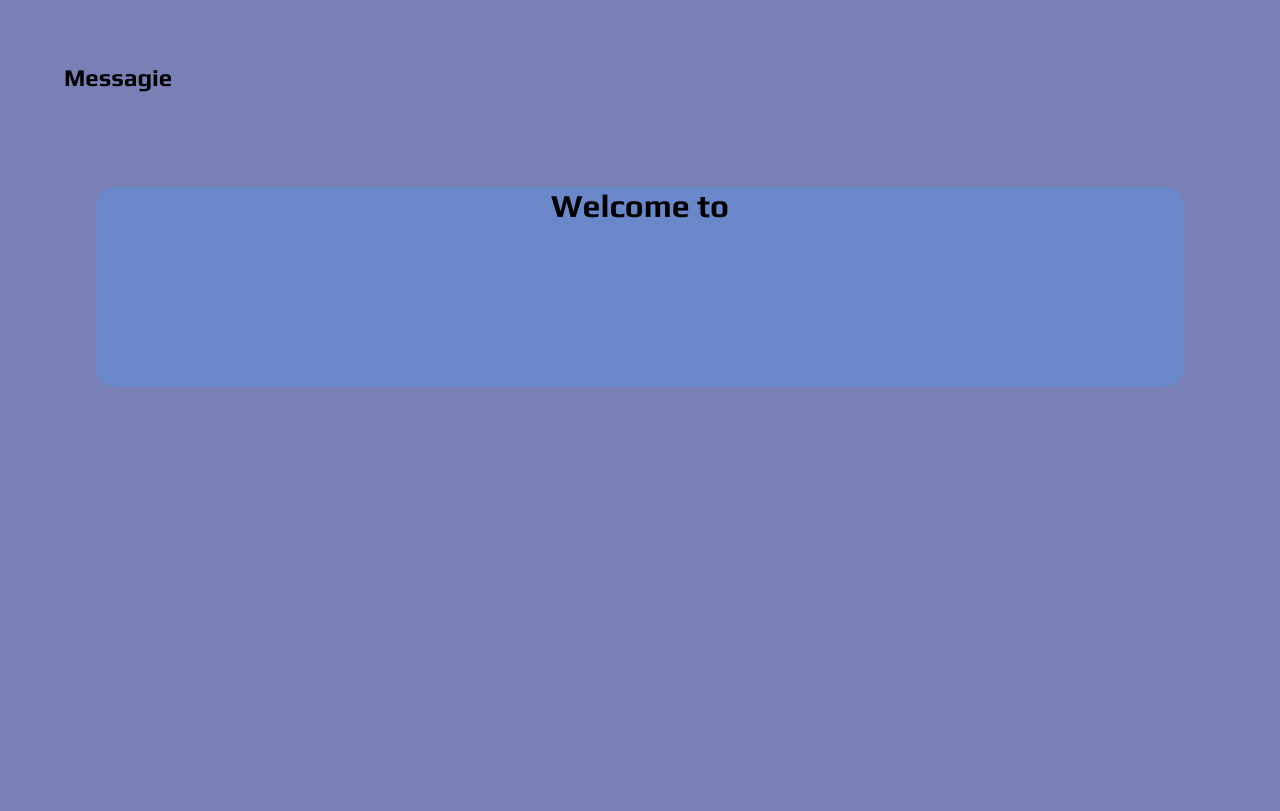
Repository: shaelorch/typeytalkey
Page: /
These files come from the project's save history. The page is drawn as it stood at one moment and after the next save; the edit follows.
The browser window is 1280 px wide. The pictures show the whole page.
The project was rebuilt for these pictures with package versions that can differ from the ones it lists, and the page was loaded fresh each time. The framework's server and built-in components were replaced by stand-ins that run in the browser. Also part of the build but not shown: next.config.js.

Above is the page before, as saved 2023-02-24 14:35:11.

After the next save:
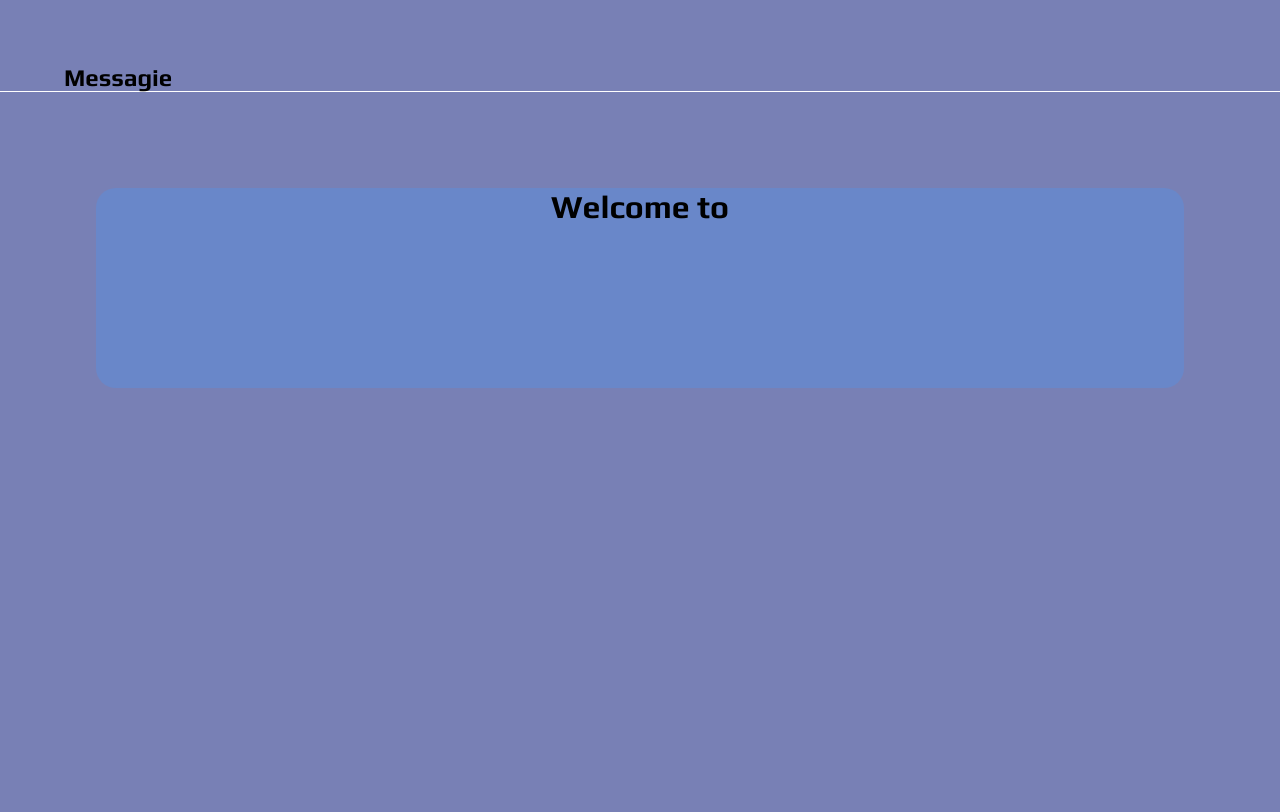
Saved 17 s later.
--- a/src/styles/Home.module.css
+++ b/src/styles/Home.module.css
@@ -15,6 +15,7 @@
   font-family: play, sans-serif;
   padding-top:5%;
   padding-left:5%;
+  border-bottom: 1px solid #ffffff;
 }
 .serverCont {
 
